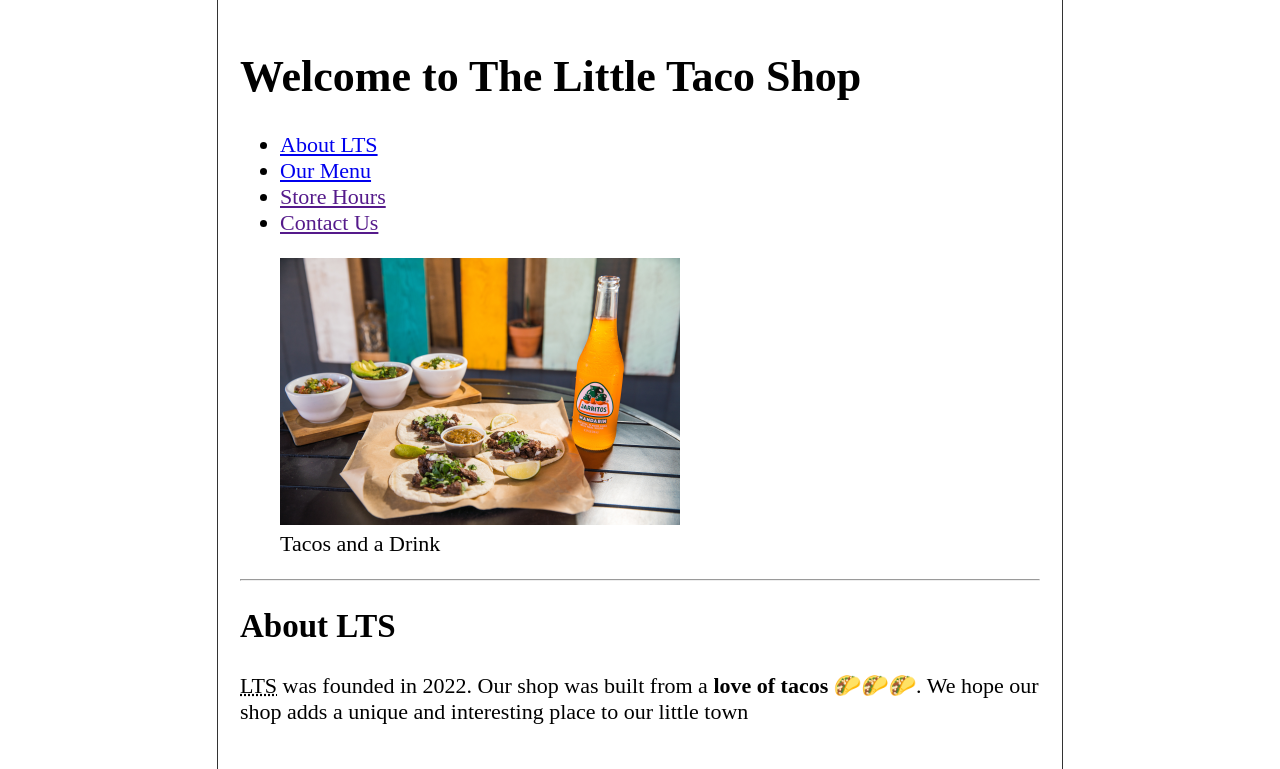
Repository: Israa-Odeh/html-basics-project
Page: index.html
These files come from the project's save history. The page is drawn as it stood at one moment and after a run of saves; the edit follows.
The browser window is 1280 px wide. The pictures show the whole page.

Above is the page before, as saved 2024-08-20 01:52:23.

After the next 5 saves:
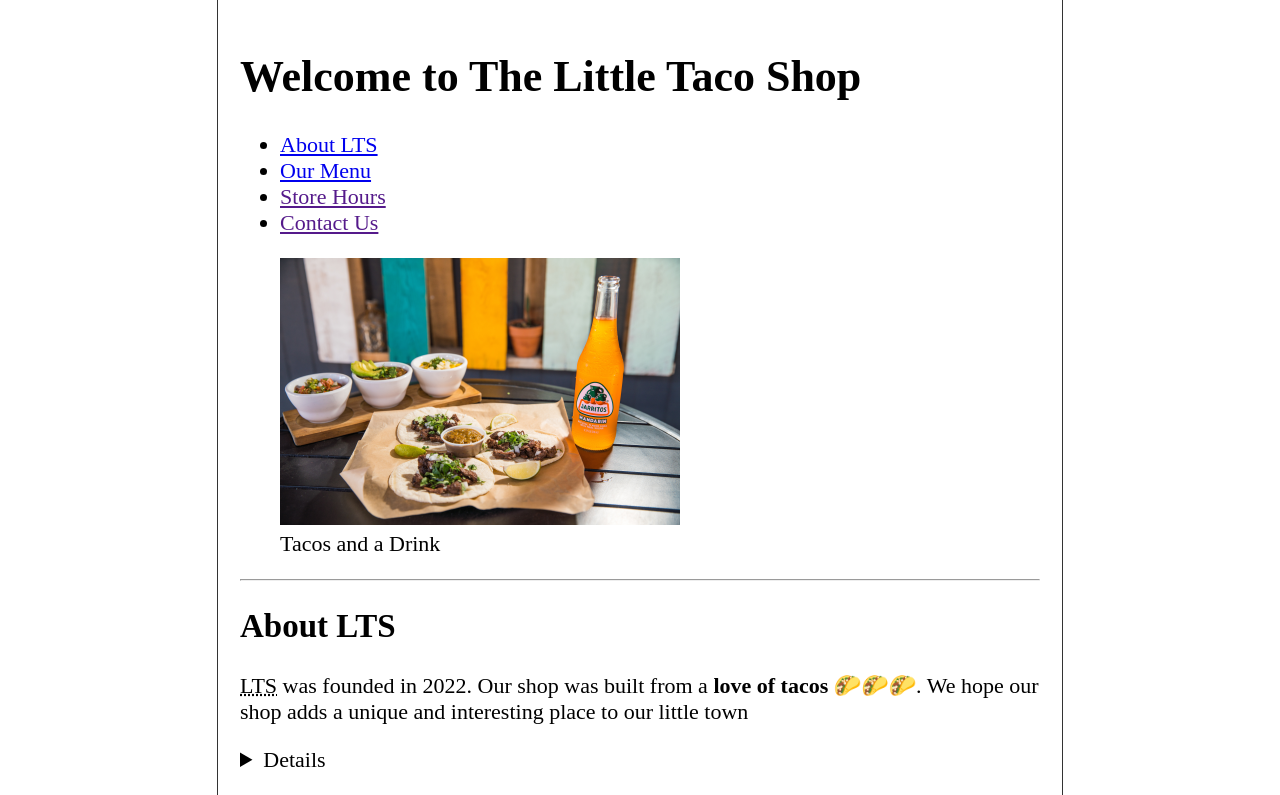
The 5 saves are shown as one change because they came seconds apart.
The last was saved 24 s later.
--- a/index.html
+++ b/index.html
@@ -41,13 +41,14 @@
 
     <main>
         <article id="about">
-            <section>
-                <h2>About LTS</h2>
-                <p> <abbr title="Little Taco Shop">LTS</abbr> was founded in 2022. Our shop was built from a
-                    <strong>love of tacos</strong> 🌮🌮🌮. We hope our
-                    shop adds a unique and interesting place to our little town</p>
-            </section>
+            <h2>About LTS</h2>
+            <p> <abbr title="Little Taco Shop">LTS</abbr> was founded in 2022. Our shop was built from a <strong>love of
+                    tacos</strong> 🌮🌮🌮. We hope our
+                shop adds a unique and interesting place to our little town</p>
 
+            <aside>
+                <details></details>
+            </aside>
 
 
         </article>
